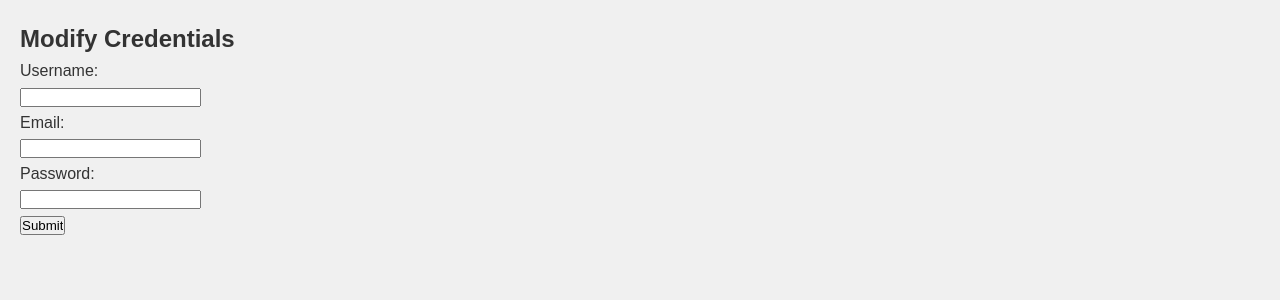
Repository: Javimetro/UniZen
Page: client/public/modifyCredentials.html
An editor plug-in stored every save of this project. The page is shown before and after the next save, followed by the edit.
The browser window is 1280 px wide. The pictures show the whole page.

Above is the page before, as saved 2024-03-13 10:10:56.

After the next save:
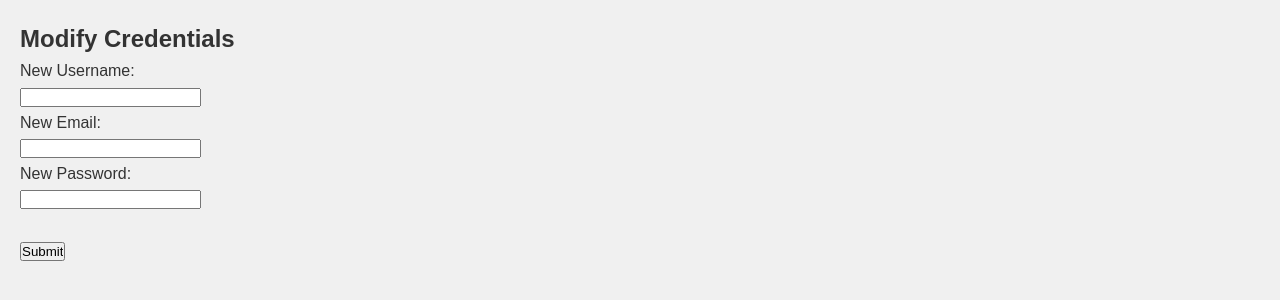
Saved 80 s later.
--- a/client/public/modifyCredentials.html
+++ b/client/public/modifyCredentials.html
@@ -10,12 +10,13 @@
 <body>
   <h2>Modify Credentials</h2>
   <form id="modify-credentials-form">
-    <label for="username">Username:</label><br>
+    <label for="username">New Username:</label><br>
     <input type="text" id="username" name="username" required><br>
-    <label for="email">Email:</label><br>
+    <label for="email">New Email:</label><br>
     <input type="email" id="email" name="email" required><br>
-    <label for="password">Password:</label><br>
-    <input type="password" id="password" name="password" required><br>
+    <label for="password">New Password:</label><br>
+    <input type="password" id="password" name="password" minlength="8" required><br>
+    <span id="passwordInfoBox" style="display: none;">At least 8 characters long</span><br>
     <input type="submit" value="Submit">
   </form>
   <script src="../src/modifyCredentials.js"></script>
